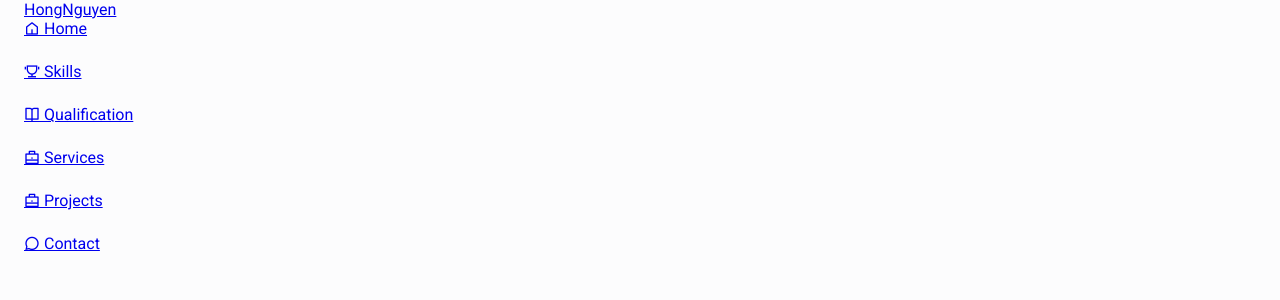
Repository: hnguyeng/myportfoliohongnguyen
Page: index.html
The author's editor kept a copy of each file at every save. The page is drawn from the files as they stood at one save, then again after the next save.
The browser window is 1280 px wide. The pictures show the whole page.
Some web libraries are served in a nearby version.

Above is the page before, as saved 2023-07-14 16:19:12.

### index.html
<!DOCTYPE html>
<html lang="en">
<head>
    <meta charset="UTF-8">
    <meta name="viewport" content="width=device-width, initial-scale=1.0">
    <title>Document</title>
    <link rel="stylesheet" href="./assets/css/style.css">
    <!-- remixicon -->
    <link href="https://cdn.jsdelivr.net/npm/remixicon@3.4.0/fonts/remixicon.css" rel="stylesheet">
    <!-- google fonts -->
    <link rel="preconnect" href="https://fonts.googleapis.com">
    <link rel="preconnect" href="https://fonts.gstatic.com" crossorigin>
    <link href="https://fonts.googleapis.com/css2?family=Inter:wght@600&family=Lobster&family=Lora:wght@400;500;600&family=Permanent+Marker&family=Poppins:wght@300;400;500;600;700;800;900&family=Roboto:wght@400;500&display=swap" rel="stylesheet">
</head>
<body>
    <!-- header -->
    <header class="header" id="header">
        <nav class="nav container">
            <a href="#" class="nav__logo">
                HongNguyen
            </a>
            <div class="nav__menu" id="nav-menu">
                <ul class="nav__list grid">
                    <li class="nav__item">
                        <a href="#home" class="nav__link">
                            <i class="ri-home-5-line"></i> Home
                        </a>
                    </li>
                    <li class="nav__item">
                        <a href="#skills" class="nav__link">
                            <i class="ri-trophy-line"></i> Skills
                        </a>
                    </li>
                    <li class="nav__item">
                        <a href="#qualification" class="nav__link">
                            <i class="ri-book-open-line"></i> Qualification
                        </a>
                    </li>
                    <li class="nav__item">
                        <a href="#services" class="nav__link">
                            <i class="ri-briefcase-line"></i> Services
                        </a>
                    </li>
                    <li class="nav__item">
                        <a href="#projects" class="nav__link">
                            <i class="ri-briefcase-line"></i> Projects
                        </a>
                    </li>
                    <li class="nav__item">
                        <a href="#contact" class="nav__link">
                            <i class="ri-chat-3-line"></i> Contact
                        </a>
                    </li>

                </ul>
            </div>
        </nav>
    </header>
    <!-- main -->
    <main class="main">

    </main>

    <script src="./assets/js/main.js"></script>
</body>
</html>

### assets/css/style.css
/* =============VARIABLES CSS============ */
:root {
    --header-height: 3.5rem;
    /* ========= Colors ========== */
    /*Colors mode HSL(hue, saturation, lightness)*/
    --first-color: hsl(207, 65%, 65%);
    --title-color: hsl(207, 4%, 16%);
    --text-color: hsl(207, 4%, 28%);
    --text-color-light: hsl(207, 4%, 56%);
    --body-color: hsl(207, 4%, 99%);
    /* Change the first number */
    /* Blue: 207 - Purple: 250 - Pink: 356 - Teal: 174 */
    --gradient-color: linear-gradient(180deg,
                         hsla(207, 48%, 72%, 0),
                         hsla(207, 65%, 65%, 1));
    /* ========== Font and typography ========== */
    /*.5rem = 8px | 1rem = 16px ... */
    --body-font: 'Roboto', sans-serif;
    --title-font: 'Lora', serif;
    --biggest-font-size: 1.5rem;
    --h1-font-size: 1.5rem;
    --h2-font-size: 1.25rem;
    --h3-font-size: 1rem;
    --normal-font-size:.938rem;
    --small-font-size:.813rem;
    --smaller-font-size:.75rem;
    --tiny-font-size:.625rem;
    /* ==========Font weight======== */
    --font-medium: 500;
    --font-semi-bold: 600;
    /* ===========z index======== */
    --z-normal: 1;
    --z-tooltip: 10;
    --z-fixed: 100;
}
/* Reponsive typographt */
@media screen and (min-width: 1024px) {
    :root {
        --biggest-font-size: 3rem;
        --h1-font-size: 2.25rem;
        --h2-font-size: 1.rem;
        --h3-font-size: 1.25rem;
        --normal-font-size: 1rem;
        --small-font-size: .875rem;
        --smaller-font-size: .813rem;
        --tiny-font-size: .688rem;
    }
}
/* ===============BASE============= */
*{
    margin: 0;
    padding: 0;
    box-sizing: border-box;
}
html{
    scroll-behavior: smooth;
}
body{
    font-family: var(--body-font);
    font-size: var(--normal-font-size);
    background-color:var(--body-color);
    color: var(--text-color);
}
h1,h2,h3{
    color: var(--title-color);
    font-family: var(--title-font);
    font-weight: var(--font-medium);
}
ul{
    list-style: none;
}
a{
    /* text-decoration: none; */
}
img{
    width: 100%;
    height: auto;
}
/* ===========REUSABLE CSS CLASSES============ */
.container{
    max-width: 1024px;
    margin-inline: 1.5rem;
}
.grid{
    display: grid;
    gap: 1.5rem;
}
.section{
    padding-block: 2.5rem;
}
.section__border{
    border-bottom: 1px solid var(--title-color);
    padding-bottom: 3.5rem;
}
.section__title,
.section__subtitle{
    text-align: center;
}
.section__title{
    font-size: var(--h1-font-size);
    font-weight: var(--font-semi-bold);
    margin-bottom: .25rem;
}
.section__subtitle{
    display: block;
    font-size: var(--small-font-size);
    color: var(--text-color-light);
    margin-bottom: 3rem;
}
.main{
    overflow: hidden;
}

Loaded but not shown: assets/js/main.js (no stored copy; drawn as an empty file)

After the next save:
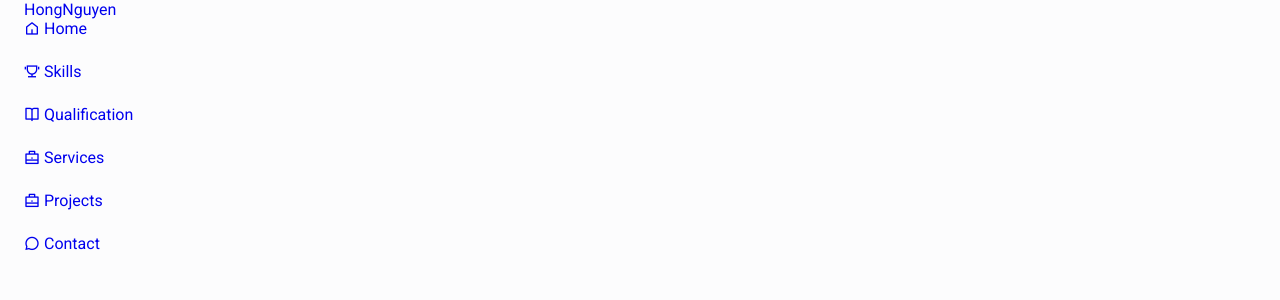
Saved 8 s later.
--- a/assets/css/style.css
+++ b/assets/css/style.css
@@ -70,7 +70,7 @@
     list-style: none;
 }
 a{
-    /* text-decoration: none; */
+    text-decoration: none;
 }
 img{
     width: 100%;
